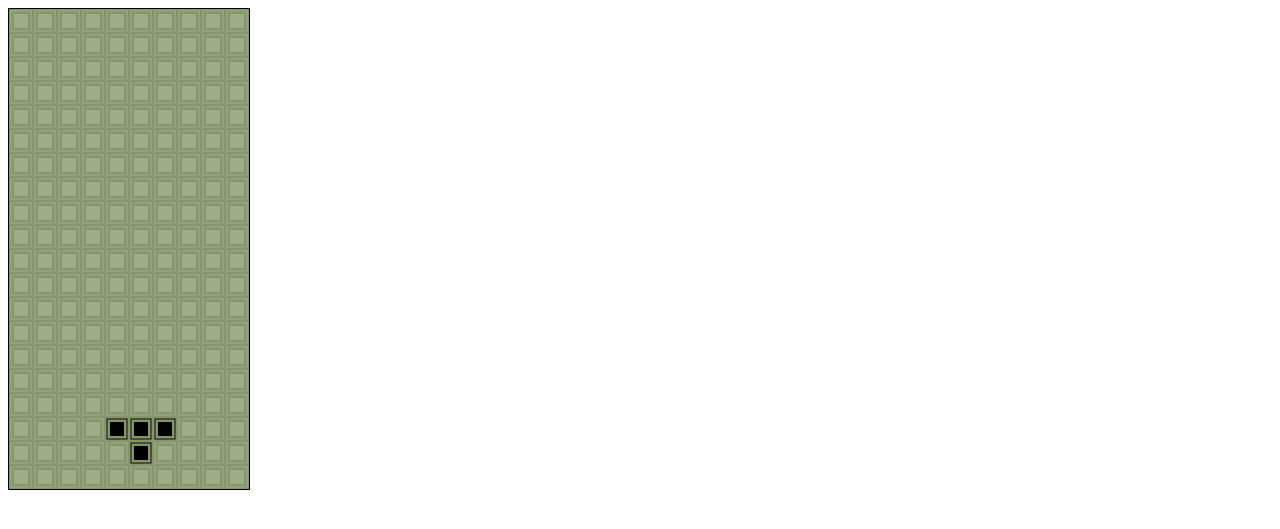
Repository: yzarc204/tetris-web
Page: index.html
The author's editor kept a copy of each file at every save. The page is drawn from the files as they stood at one save, then again after the next save.
The browser window is 1280 px wide. The pictures show the whole page.

Above is the page before, as saved 2021-09-20 20:05:05.

After the next save:
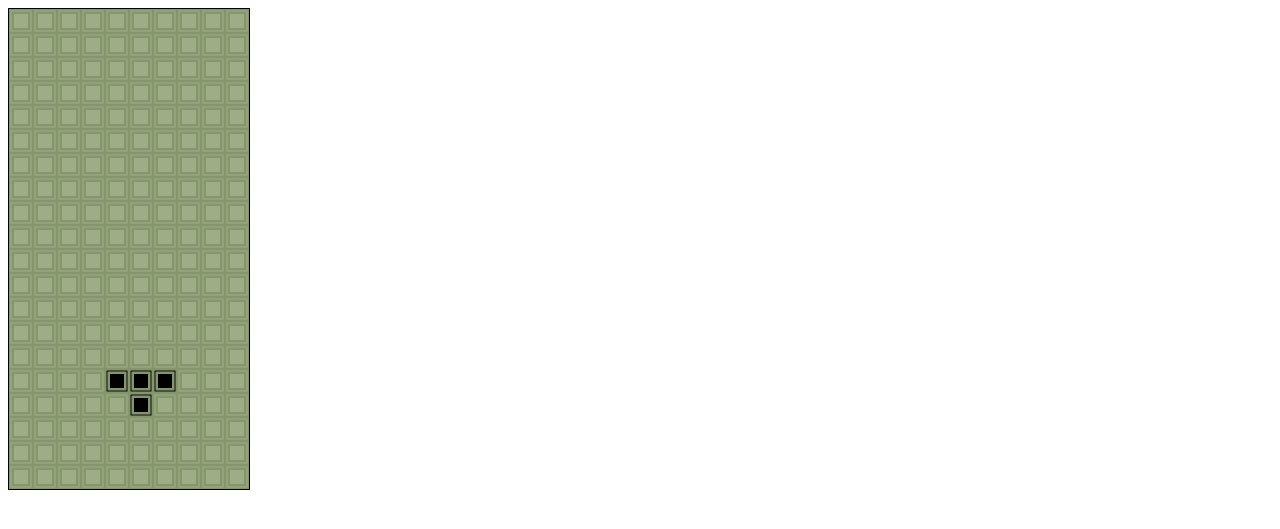
Saved 22 s later.
--- a/js/brick.js
+++ b/js/brick.js
@@ -1,7 +1,7 @@
 class Brick {
     constructor(tetris, row, col, shape) {
         this.tetris = tetris;
-        this.row = 2;
+        this.row = 0;
         this.col = 4;
         this.map = BRICK_SHAPES[shape];
         this.pixels = [];
